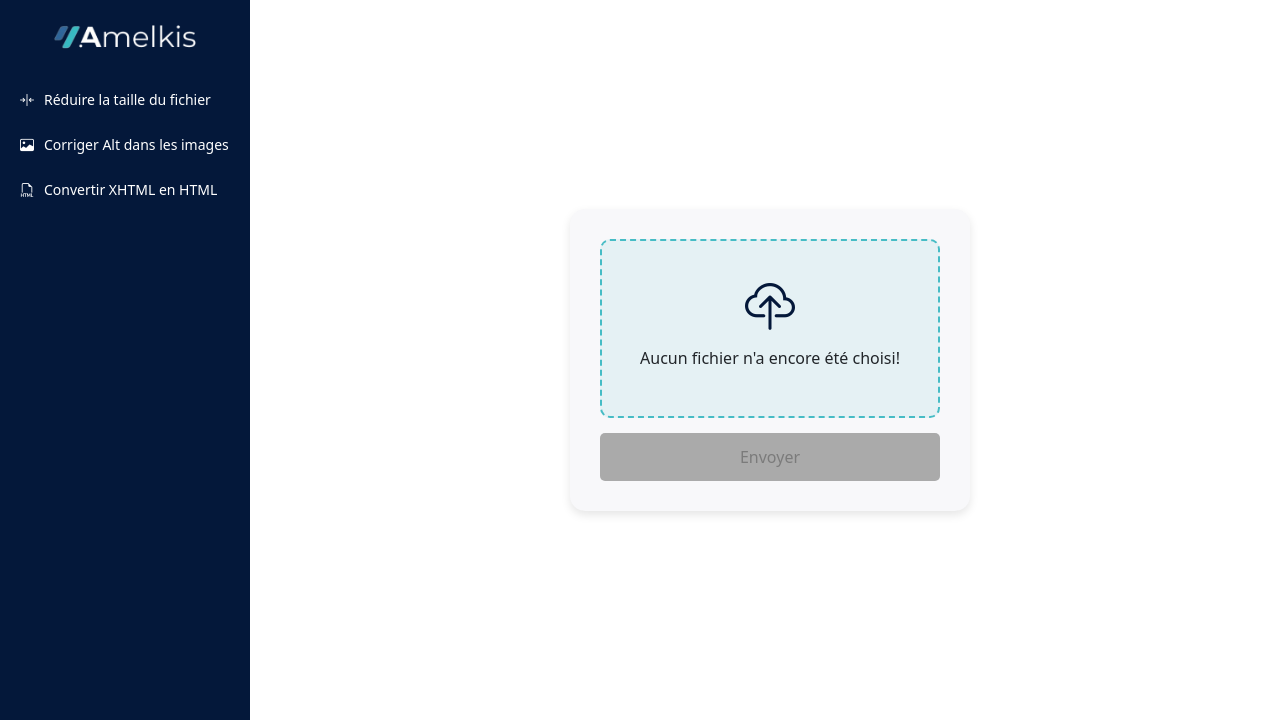
Repository: NorelhoudaB/extra
Page: /reduire (app in frontend/)
An editor plug-in stored every save of this project. The page is shown before and after the next save, followed by the edit.
The browser window is 1280 px wide. The pictures show the whole page.
The project was rebuilt for these pictures with package versions that can differ from the ones it lists, and the page was loaded fresh each time. Also part of the build but not shown: frontend/vite.config.ts.

Above is the page before, as saved 2025-03-14 16:07:50.

### frontend/src/main.ts
import { createApp } from 'vue'
import './style.css'
import App from './App.vue'
import "bootstrap/dist/css/bootstrap.min.css";
import "bootstrap/dist/js/bootstrap.bundle.min";
import "bootstrap-icons/font/bootstrap-icons.css";



import router from "./router";
const app = createApp(App);
app.use(router);
app.mount('#app');

### frontend/src/App.vue
<script setup lang="ts">
import Sidebar from "./components/Sidebar.vue";
</script>

<template>
  <div class="app-container">
    <Sidebar />
    <div class="content">
      <router-view />
    </div>
  </div>
</template>

<style scoped>
.app-container {
  display: flex;
}

.content {
  margin-left: 260px;
  padding: 20px;
  width: 100%;
}
</style>

### frontend/src/router/index.ts
import { createRouter, createWebHistory } from 'vue-router';
// import FileUpload from './components/FileUpload.vue';
import FileUpload from "../components/FileUpload.vue";

const routes = [
  { path: '/reduire', component: FileUpload },
  { path: '/fix-alt', component: FileUpload },
  { path: '/convert-xhtml', component: FileUpload }
];

const router = createRouter({
  history: createWebHistory(),
  routes,
});

export default router;

### frontend/src/components/Sidebar.vue
<script setup lang="ts">
import { ref } from "vue";

const selectedOption = ref("");

const selectOption = (option: string) => {
  selectedOption.value = option;
};
</script>

<template>
  <div class="sidebar d-flex flex-column align-items-center">
    <!-- Logo -->
    <div class="logo-container">
      <img src="data:[embedded picture, 25638 characters]" alt="Logo" class="logo" />
    </div>

    <!-- Navigation Links -->
    <ul class="nav flex-column w-100 mt-4">
      <li class="nav-item">
        <a href="/reduire" class="nav-link" >
            <i class="bi bi-arrows-collapse-vertical"></i> Réduire la taille du fichier
        </a>

      </li>
      <li class="nav-item">
        <a href="/fix-alt" class="nav-link" >
          <i class="bi bi-image"></i> Corriger Alt dans les images
        </a>
      </li>
      <li class="nav-item">
        <a href="/convert-xhtml" class="nav-link">
          <i class="bi bi-filetype-html"></i> Convertir XHTML en HTML
        </a>
      </li>
    </ul>
  </div>
</template>

<style scoped>
/* Sidebar Styling */
.sidebar {
  width: 250px;
  height: 100vh;
  background-color: #04183a; /* Sidebar Background */
  padding-top: 20px;
  position: fixed;
  left: 0;
  top: 0;
}

/* Logo Styling */
.logo-container {
  text-align: center;
  width: 100%;
}
.logo {
  max-width: 150px;
  height: auto;
}

/* Menu Items */
.nav-item {
  width: 100%;
}
.nav-link {
  color: #ffffff !important; /* White text */
  padding: 12px 20px;
  display: flex;
  align-items: center;
  gap: 10px;
  font-size: 14px;
  transition: background 0.3s;
}

/* Hover Effect */
.nav-link:hover {
  background-color: #0ecfcf !important; /* Hover Color */
  color: #04183a !important;
}
</style>

### frontend/src/components/FileUpload.vue
<template>
  <div class="upload-container" @dragover.prevent @drop="handleDrop">
    <input type="file" id="file-upload" @change="handleFileChange" hidden />
    <label for="file-upload" class="upload-box">
      <div v-if="!selectedFile" >
        <i class="bi bi-cloud-upload upload-icon"></i>
        <p>Aucun fichier n'a encore été choisi!</p>
      </div>
      <p v-else class="selected-file">{{ selectedFile.name }}</p>
    </label>
    <button @click="uploadFile" :disabled="!selectedFile">Envoyer</button>
  </div>
</template>

<script setup>
import { ref, computed } from 'vue';
import { useRoute } from 'vue-router';
import axios from 'axios';

const selectedFile = ref(null);
const route = useRoute();

const apiEndpoint = computed(() => {
  if (route.path === "/reduire") return "/reduire";
  if (route.path === "/fix-alt") return "/fix-alt";
  if (route.path === "/convert-xhtml") return "/convert-xhtml";

  return "/";
});

const handleFileChange = (event) => {
  selectedFile.value = event.target.files[0];
};

const handleDrop = (event) => {
  event.preventDefault();
  if (event.dataTransfer.files.length) {
    selectedFile.value = event.dataTransfer.files[0];
  }
};

const uploadFile = async () => {
  if (!selectedFile.value) return;

  const formData = new FormData();
  formData.append("file", selectedFile.value);
  console.log("Uploading:", selectedFile.value);

  try {
    const response = await axios.post(`http://localhost:8998${apiEndpoint.value}`, formData, {
      headers: { "Content-Type": "multipart/form-data" },
    });

    console.log("File uploaded successfully:", response.data);

    if (response.data.download_url) {
      const downloadLink = document.createElement("a");
      downloadLink.href = `http://localhost:8998${response.data.download_url}`;
      downloadLink.setAttribute("download", "");
      document.body.appendChild(downloadLink);
      downloadLink.click();
      document.body.removeChild(downloadLink);
    }
  } catch (error) {
    console.error("File upload failed:", error);
  }
};
</script>

<style scoped>
.upload-container {
  display: flex;
  flex-direction: column;
  align-items: center;
  gap: 15px;
  padding: 30px;
  background-color: #F8F8FA;
  border-radius: 15px;
  width: 400px;
  text-align: center;
  box-shadow: 0px 4px 10px rgba(0, 0, 0, 0.1);
}

.upload-box {
  width: 100%;
  padding: 30px;
  border: 2px dashed #46BCC5; /* Primary accent */
  border-radius: 10px;
  cursor: pointer;
  display: flex;
  flex-direction: column;
  align-items: center;
  background-color: rgba(70, 188, 197, 0.1);
  transition: background-color 0.3s ease-in-out;
}

.upload-box:hover {
  background-color: rgba(70, 188, 197, 0.2);
}

.upload-icon {
  font-size: 50px;
  color: #04183A;
  margin-bottom: 10px;
}

.selected-file {
  font-weight: bold;
  color: #366998;
}

button {
  background-color: #366998;
  padding: 12px 18px;
  border: none;
  border-radius: 5px;
  cursor: pointer;
  width: 100%;
  transition: background-color 0.3s ease-in-out;
}

button:disabled {
  background-color: #aaa;
  cursor: not-allowed;
}

button:hover:not(:disabled) {
  background-color: #46BCC5; /* Lighter hover effect */
}
</style>

Loaded but not shown: frontend/index.html (common file); frontend/src/style.css (common file)

After the next save:
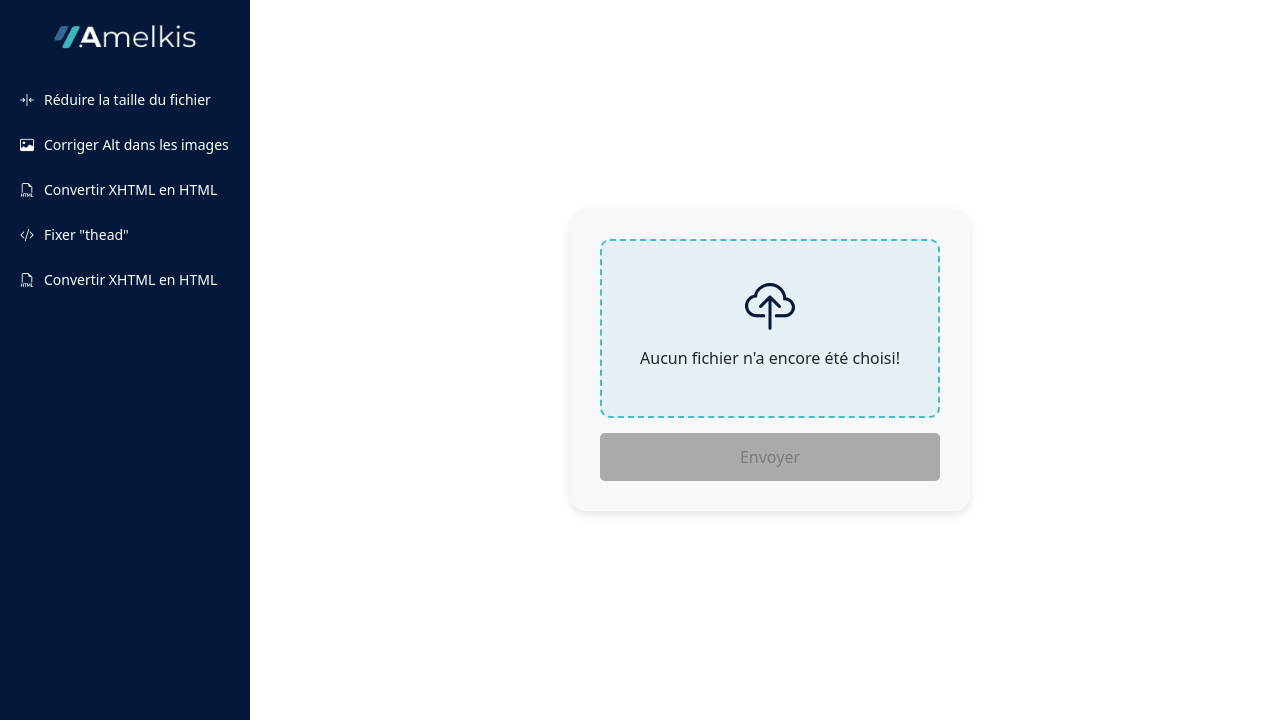
Saved 93 s later.
--- a/frontend/src/components/Sidebar.vue
+++ b/frontend/src/components/Sidebar.vue
@@ -26,6 +26,16 @@
       <li class="nav-item">
         <a href="/fix-alt" class="nav-link" >
           <i class="bi bi-image"></i> Corriger Alt dans les images
+        </a>
+      </li>
+      <li class="nav-item">
+        <a href="/convert-xhtml" class="nav-link">
+          <i class="bi bi-filetype-html"></i> Convertir XHTML en HTML
+        </a>
+      </li>
+      <li class="nav-item">
+        <a href="/convert-xhtml" class="nav-link">
+          <i class="bi bi-code-slash"></i> Fixer "thead"
         </a>
       </li>
       <li class="nav-item">
